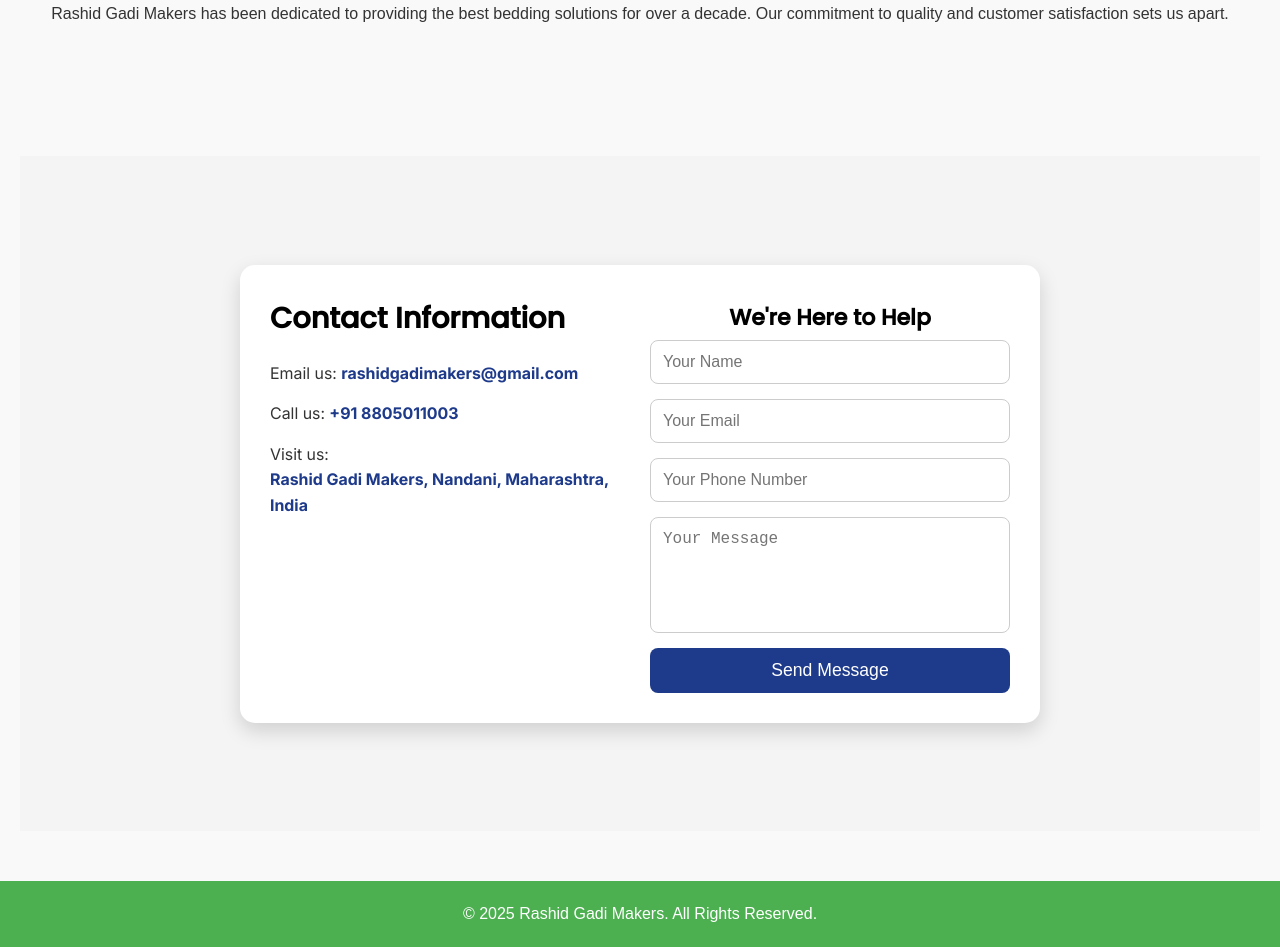
Repository: nadafgroup/rashidgadiUI
Page: src/home.html
An editor plug-in stored every save of this project. The page is shown before and after a run of saves, followed by the edit.
The browser window is 1280 px wide. The pictures show the part of the page from y = 1426 to 2378 px (the page is 2373 px tall before and 2378 px after).
A picture or video elsewhere on the page could not be fetched, so the positions and the page height are approximate.

Above is the page before, as saved 2025-01-24 13:23:13.

After the next 2 saves:
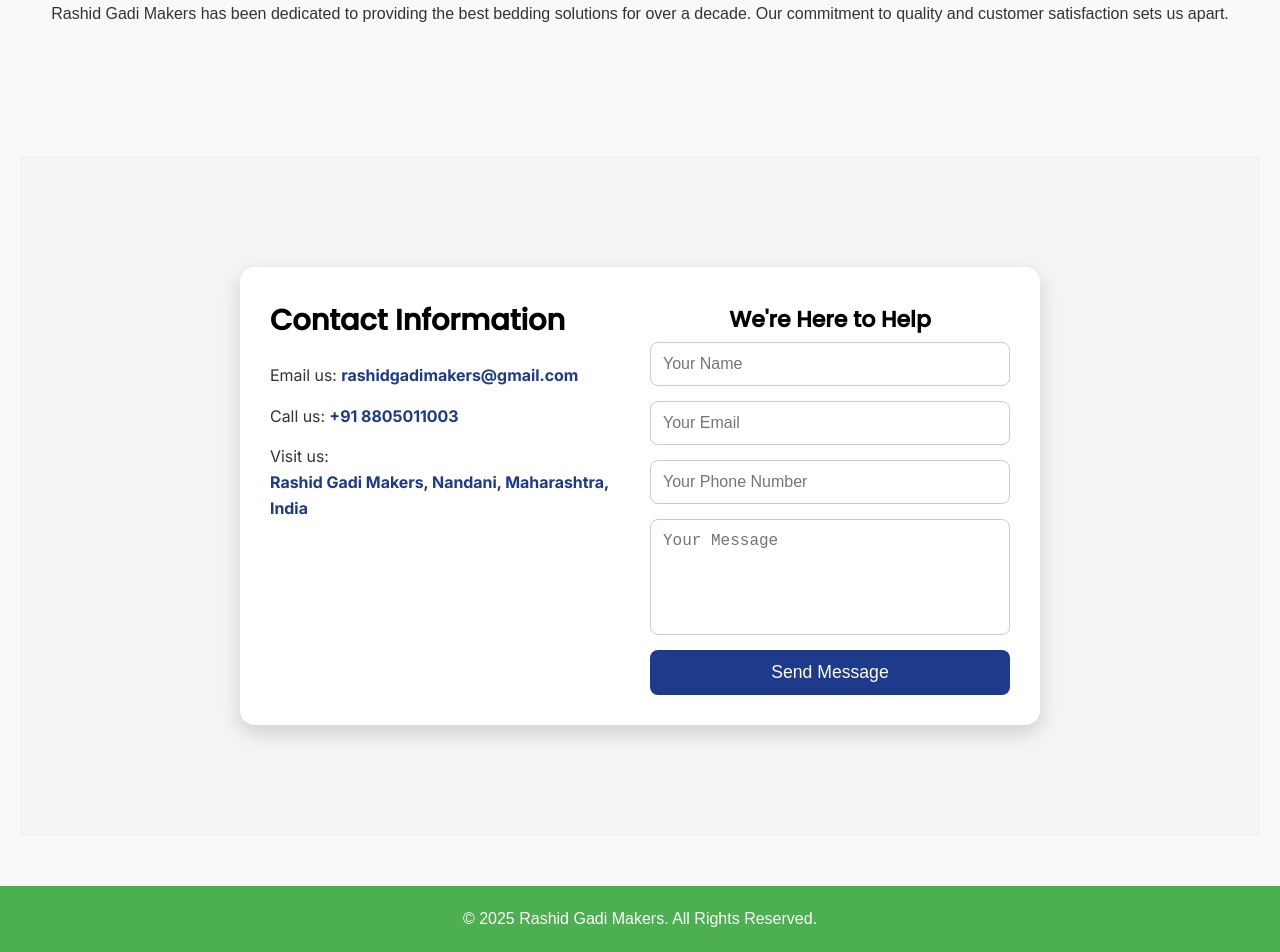
The 2 saves are shown as one change because they came seconds apart.
The last was saved 59 s later.
--- a/src/home.css
+++ b/src/home.css
@@ -320,7 +320,7 @@ footer {
     display: flex;
     flex-direction: column;
     /* margin-top: 20px; */
-    min-height: calc(100vh - 45px);
+    min-height: calc(100vh - 40px);
     /* width: 100%; */
     /* background-color: #000; */
     background-color: #f4f4f4;
